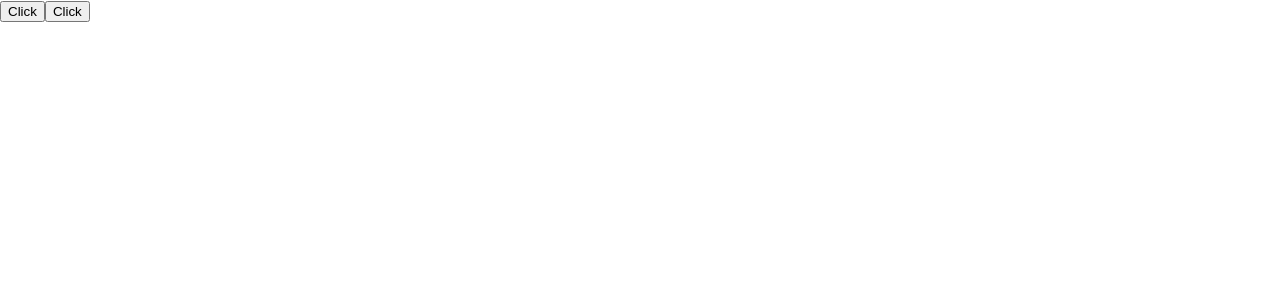
Repository: Mira757/capacitacao-React-Next.js-basico
Page: /basicos/botao
These files come from the project's save history. The page is drawn as it stood at one moment and after the next save; the edit follows.
The browser window is 1280 px wide. The pictures show the whole page.
The project was rebuilt for these pictures with package versions that can differ from the ones it lists, and the page was loaded fresh each time. The framework's server and built-in components were replaced by stand-ins that run in the browser. Also part of the build but not shown: next.config.js, pages/css/integracao1.css.

Above is the page before, as saved 2022-03-10 23:00:43.

### pages/_app.js
import '../styles/globals.css'
import './css/integracao1.css'

function MyApp({ Component, pageProps }) {
  return <Component {...pageProps} />
}

export default MyApp

### pages/basicos/botao.jsx
function acao1 () {
  console.log("acao1")
}

export default function botao () {

  function acao2() {
    console.log("acao2")
  }

  return (
    <div>
      <button onClick={acao1}>Click</button>
      <button onClick={acao2}>Click</button>
    </div>
  )
}

Loaded but not shown: styles/globals.css (common file)

After the next save:
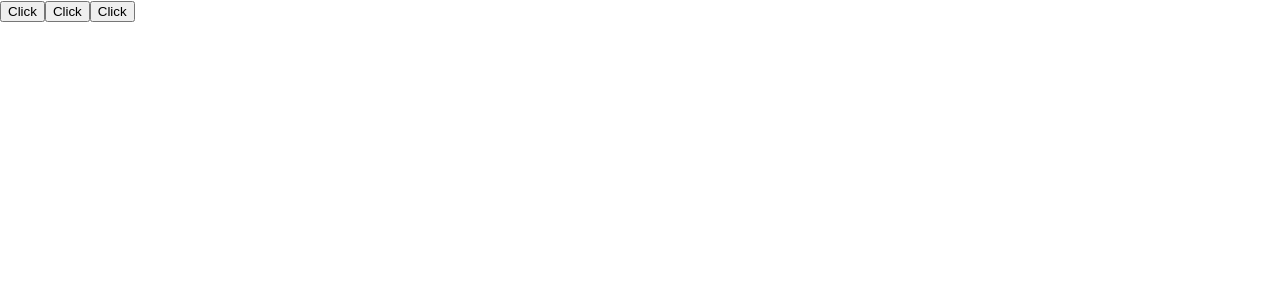
Saved 49 s later.
--- a/pages/basicos/botao.jsx
+++ b/pages/basicos/botao.jsx
@@ -12,6 +12,9 @@ export default function botao () {
     <div>
       <button onClick={acao1}>Click</button>
       <button onClick={acao2}>Click</button>
+      <button onClick={function () {
+        console.log("acao3")
+      }}>Click</button>
     </div>
   )
 }
